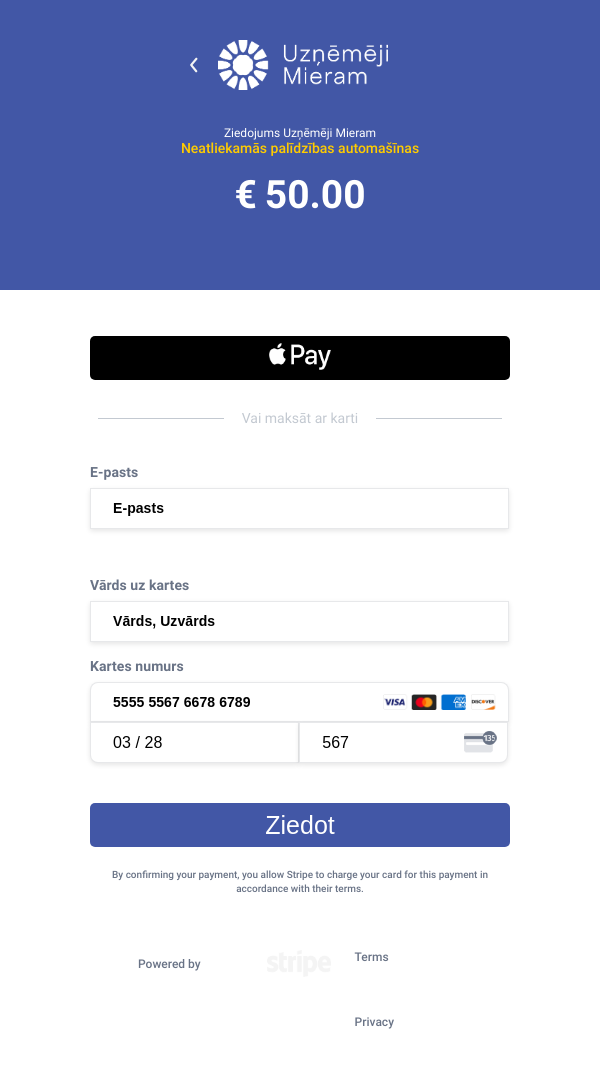
Repository: KatrinaPa/projekts_jul
Page: stripe.html
The author's editor kept a copy of each file at every save. The page is drawn from the files as they stood at one save, then again after the next save.
The browser window is 600 px wide. The pictures show the whole page.

Above is the page before, as saved 2023-08-03 21:54:08.

### stripe.html
<!DOCTYPE html>
<html lang="en">

<head>
    <meta charset="UTF-8">
    <meta http-equiv="X-UA-Compatible" content="IE=edge">
    <meta name="viewport" content="width=device-width, initial-scale=1.0">
    <title>Stripe</title>
    <link rel="preconnect" href="https://fonts.googleapis.com">
    <link rel="preconnect" href="https://fonts.gstatic.com" crossorigin>
    <link href="https://fonts.googleapis.com/css2?family=Poppins:wght@300;400;500;600;700&display=swap"
        rel="stylesheet">
    <link rel="preconnect" href="https://fonts.googleapis.com">
    <link rel="preconnect" href="https://fonts.gstatic.com" crossorigin>
    <link href="https://fonts.googleapis.com/css2?family=Poppins:wght@300;400;500;600&display=swap" rel="stylesheet">
    <link rel="stylesheet" href="./assets/main.css" />
    <link rel="stylesheet" href="./assets/stripe-styles.css" />
    <link rel="stylesheet" href="https://cdnjs.cloudflare.com/ajax/libs/font-awesome/6.2.0/css/all.min.css" />
</head>

<body>

    <main>
        <div class="panel-2">
            <section class="section_left">
                <div class="wrapper_left">
                    <div class="logo-back"><a href="sakums.html">
                            <button class="back-btn">
                                <svg xmlns="http://www.w3.org/2000/svg" width="26" height="26" viewBox="0 0 26 26"
                                    fill="none">
                                    <path
                                        d="M15.2444 20.2912C15.0888 20.2917 14.935 20.2574 14.7944 20.1907C14.6538 20.124 14.53 20.0266 14.4319 19.9058L9.40066 13.6558C9.24745 13.4694 9.1637 13.2356 9.1637 12.9943C9.1637 12.753 9.24745 12.5192 9.40066 12.3328L14.609 6.08285C14.7858 5.87012 15.0399 5.73635 15.3153 5.71095C15.5908 5.68556 15.865 5.77062 16.0777 5.94743C16.2905 6.12424 16.4242 6.37832 16.4496 6.65376C16.475 6.9292 16.39 7.20345 16.2132 7.41618L11.5569 12.9995L16.0569 18.5828C16.1843 18.7357 16.2652 18.9219 16.2901 19.1194C16.315 19.3168 16.2827 19.5173 16.1973 19.697C16.1118 19.8767 15.9766 20.0282 15.8078 20.1335C15.6389 20.2388 15.4434 20.2935 15.2444 20.2912Z"
                                        fill="#F4F4F4" />
                                </svg>
                            </button>
                            <div>
                                <img src="assets/images/UM_logo_white.png" alt="UM_logo_white" id="logo-white">
                            </div>
                        </a></div>
                    <div class="donate-amount">
                        <p>Ziedojums Uzņēmēji Mieram<br>
                            <span>Neatliekamās palīdzības automašīnas</span>
                        </p>
                        <div>
                            <h2>€</h2>
                            <h2>50.00</h2>
                        </div>
                    </div>
                    <div class="terms-privacy">
                        <div>Powered by <img src="assets/images/stripe_wht.png" alt="Stripe" id="stripe_logo"></div>
                        <div class="centred-divid"></div>
                        <div class="terms">Terms</div>
                        <div class="privacy">Privacy</div>
                    </div>
                </div>
            </section>


            <section class="section_right">
                <div class="wrapper_right">
                    <button type="submit" class="button-ApplePay"><img src="assets/images/applePay.png" alt="ApplePay"
                            id="applePay-btn"></button>
                    <div class="pay-card-wrapper">
                        <div class="pay-card-line"></div>
                        <div class="pay-card">
                            <p>Vai maksāt ar karti</p>
                        </div>
                        <div class="pay-card-line"></div>
                    </div>

                    <div class="donor-details">
                        <form action="#">
                            <div class="input-details">
                                <label for="email">E-pasts</label>
                                <input type="email" placeholder="E-pasts" id="email" />
                            </div>
                            <div class="input-details">
                                <label for="name-onCard">Vārds uz kartes</label>
                                <input type="text" placeholder="Vārds, Uzvārds" id="name-onCard" />
                            </div>

                            <div class="input-card-details">
                                <label for="card-nr">Kartes numurs</label>
                                <input type="tel" placeholder="5555 5567 6678 6789" id="card-nr"
                                    class="input-icon-cards" />
                                <div>
                                    <input type="tel" placeholder="03 / 28" id="valid" />
                                    <input type="tel" placeholder="567" id="cvc" class="input-icon-cvc" />
                                </div>
                            </div>

                            <button type="submit" class="button-donate id=" donate-btn">Ziedot</button>
                            <div class="confirm">
                                <p>By confirming your payment, you allow Stripe to charge your card for this payment in
                                    accordance with their terms.</p>
                            </div>
                            <div class="terms-privacy-mob">
                                <div>Powered by <img src="assets/images/stripe_wht.png" alt="Stripe" id="stripe_logo">
                                </div>
                                <div>
                                    <div class="terms">Terms</div>
                                    <div class="privacy">Privacy</div>
                                </div>
                            </div>
                        </form>
                    </div>
                </div>
            </section>

        </div>
    </main>


</body>

</html>

### assets/stripe-styles.css
.panel-2 {
    display: flex;
    flex-direction: row;
    justify-content: center;
}

.section_left {
    display: flex;
    justify-content: center;
    width: 50%;
    height: 62.69rem;
    background-color: #4257A6;
    font-family: Roboto;
    color: #ffffff;
}

.wrapper_left {
    display: flex;
    flex-direction: column;
    align-items: flex-start;
}

.logo-back {
    margin-top: 12rem;
}

.logo-back a {
    display: flex;
    gap: 0.7rem;
}

.back-btn {
    border: 0;
    background: transparent;
    padding: 0;
    cursor: pointer;
}

#logo-white {
    width: 10.625rem;
}

.donate-amount {
    display: flex;
    flex-direction: column;
    padding-left: 3rem;
}

.donate-amount p {
    font-size: 16px;
    font-weight: 400;
    margin: 3rem 3rem 0 0;
}

.donate-amount p span {
    font-size: 18px;
    font-weight: 500;
    color: #FFCC00;
}

.donate-amount div {
    display: flex;
    gap: 0.5rem;
}

.donate-amount h2 {
    font-size: 39px;
    font-weight: 600;
    margin-top: 0.5rem;
}

.terms-privacy {
    font-size: 12px;
    font-weight: 500;
    display: flex;
    gap: 1.5rem;
    margin-top: 17.2rem;
    width: 16rem;
    padding-left: 3rem;
}

.terms-privacy div:first-child {
    display: flex;
    justify-content: space-between;
    align-items: center;
}

.terms-privacy img {
    width: 33%;
}

.centred-divid {
    width: 1px;
    height: 1.25rem;
    background-color: #ffffff;
}

.terms,
.privacy {
    padding-top: 0.2rem;
    cursor: pointer;
}



.section_right {
    width: 50%;
    background-color: #ffffff;
    font-family: Roboto;
}

.wrapper_right {
    padding: 13rem 7.2rem 0 6.6rem;
}

.button-ApplePay {
    margin-top: 1rem;
    width: 100%;
    height: 2.75rem;
    max-width: 26.25rem;
    background-color: #000;
    border-radius: 5px;
    border: none;
    cursor: pointer;
}

.button-ApplePay img {
    width: 15%;
}

.pay-card-wrapper {
    display: flex;
    align-items: center;
    padding: 1rem 0.5rem 1.5rem 0.5rem;
    max-width: 25.2rem;
}

.pay-card {
    width: 100%;
    max-width: 26.25rem;
    margin: 0 1rem;
    display: flex;
    justify-content: center;
    font-size: 14px;
    font-weight: 400;
    color: #C3C9D1;
}

.pay-card-line {
    border-top: 1px solid #C3C9D1;
    width: 90%;
}

.section_right input {
    width: auto;
    max-width: 25.8rem;
    height: 2.3rem;
    border: solid 1px rgba(60, 66, 87, 0.12);
    box-shadow: 0px 2px 5px 0px rgba(0, 0, 0, 0.1);
    font-size: 14px;
    font-weight: 600;
    line-height: 22px;
    letter-spacing: 0.07px;
}

.section_right ::placeholder {
    padding: 0 1.25rem;
    color: #000;
}

.section_right label {
    color: #697386;
    font-size: 14px;
    font-weight: 600;
    letter-spacing: 0.07px;
}

form div:first-child {
    margin-bottom: 3rem;
}

.input-details {
    display: flex;
    flex-direction: column;
    gap: 0.5rem;
    margin-bottom: 1rem;
}

.input-card-details {
    gap: 0;
    display: flex;
    flex-direction: column;
}

.input-card-details label {
    margin-bottom: 0.5rem;
}

.input-card-details div {
    display: flex;
    flex-direction: row;
}

.input-card-details div input {
    width: 50%;
    max-width: 12.7rem;
    font-size: 16px;
    font-weight: 500;
}

.input-details input {
    margin: 0;
}

#card-nr {
    border-radius: 8px 8px 0 0;
}

#valid {
    border-radius: 0 0 0 8px;
}

#cvc {
    border-radius: 0 0 8px 0;
}

.input-icon-cards {
    background-image: url(images/cards.png);
    background-position: right center;
    background-size: 35%;
}

.input-icon-cvc {
    background-image: url(images/cvc.png);
    background-position: right center;
    background-size: 21%;
}

.donor-details input {
    background-repeat: no-repeat;
}

.confirm {
    color: #697386;
    text-align: center;
    font-size: 10px;
    font-weight: 500;
    line-height: 14px;
    padding-top: 0.7rem;
    max-width: 26.25rem;

}

.button-donate {
    margin-top: 2.5rem;
    width: 100%;
    max-width: 26.25rem;
    background-color: #4257A6;
    color: #ffffff;
    font-size: 25px;
    font-weight: 500;
    height: 2.75rem;
    text-decoration: none;
    border-radius: 5px;
    border: none;
    cursor: pointer;
}

.terms-privacy-mob {
    display: none;
}

@media (min-width: 1370px) {
    .wrapper_right {
        padding: 13rem 10.5rem 0 6.6rem;
    }
}

@media (min-width: 1340px) {
    .wrapper_right {
        padding: 13rem 9.5rem 0 6.6rem;
    }
}

@media (min-width: 1300px) {
    .wrapper_right {
        padding: 13rem 8.5rem 0 6.6rem;
    }
}

@media screen and (max-width: 1279px) {

    .donate-amount p {
        font-size: 14px;
    }

    .donate-amount p span {
        font-size: 16px;
    }

    .pay-card-line {
        width: 75%;
    }

    .wrapper_right {
        padding: 13rem 7.5rem 0 5.6rem;
    }
}

@media screen and (max-width: 1120px) {

    .pay-card-line {
        width: 60%;
    }

    .wrapper_right {
        padding: 13rem 6.5rem 0 5rem;
    }
}

@media (max-width: 1020px) {

    .wrapper_right {
        padding: 13rem 5.5rem 0 4.5rem;
    }
}

@media (max-width: 952px) {

    .pay-card-line {
        width: 53%;
    }

    .pay-card {
        margin: 0 0.8rem;
    }

    .wrapper_right {
        padding: 13rem 4.4rem 0 4rem;
    }
}

@media (max-width: 854px) {

    .pay-card-line {
        width: 41%;
    }

    .wrapper_right {
        padding: 13rem 3rem 0 3rem;
    }
}

@media (max-width: 804px) {

    .input-icon-cards {
        background-size: 30%;
    }
}

@media screen and (max-width: 700px) {

    .panel-2 {
        flex-direction: column;
        align-items: center;
    }

    .section_left {
        height: 18.125rem;
        width: 100%;
    }

    .donate-amount p {
        font-size: 12px;
    }

    .donate-amount p span {
        font-size: 14px;
    }

    .logo-back {
        margin-top: 2.5rem;
    }

    .donate-amount {
        padding-left: 0;
    }

    .donate-amount p {
        margin: 2rem 0 0.5rem 0;
        text-align: center;
    }

    .donate-amount div {
        justify-content: center;
    }

    .terms-privacy {
        display: none;
    }


    .section_right {
        height: 50rem;
        width: 100%;
    }

    .wrapper_right {
        padding: 2.875rem 1.5rem 3rem 1.5rem;
        display: flex;
        flex-direction: column;
        align-items: center;
    }

    .button-ApplePay {
        margin-top: 0;
    }

    .pay-card-wrapper {
        width: 100%;
    }

    .pay-card-line {
        width: 100%;
    }

    .terms-privacy-mob {
        font-size: 12px;
        font-weight: 500;
        display: flex;
        gap: 1.5rem;
        margin-top: 3.125rem;
        width: 16rem;
        padding-left: 3rem;
        color: #697386;
    }

    .terms-privacy-mob div:first-child {
        display: flex;
        justify-content: space-between;
        align-items: center;
    }

    .terms-privacy-mob img {
        width: 33%;
    }

}

@media screen and (max-width: 445px) {
    .pay-card-line {
        width: 70%;
    }


}

Loaded but not shown: assets/main.css (1433 lines, source omitted)

After the next save:
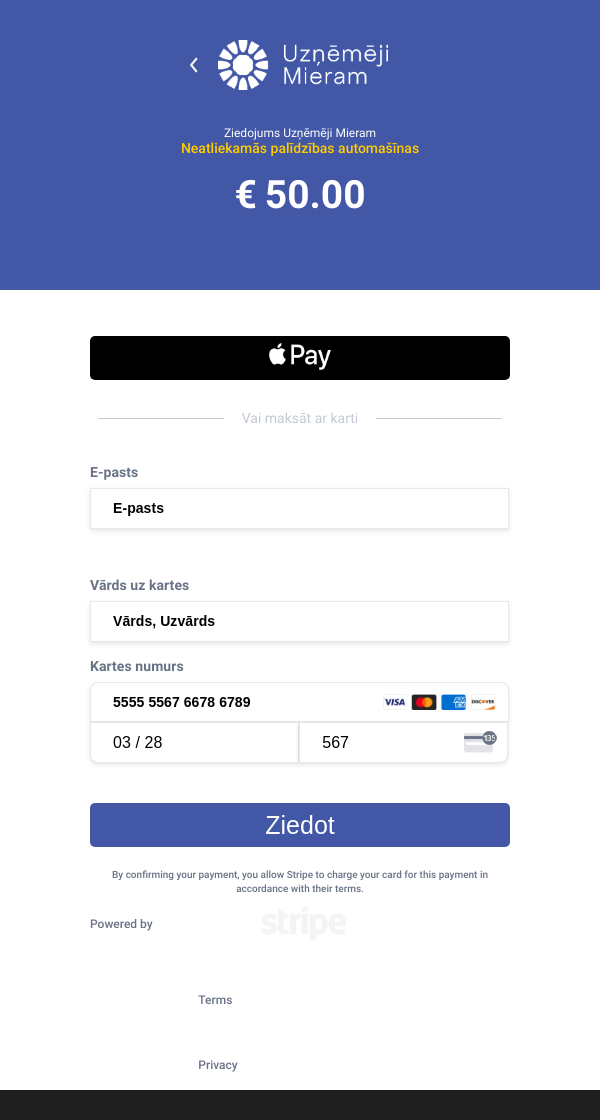
Saved 2 min 14 s later.
--- a/assets/stripe-styles.css
+++ b/assets/stripe-styles.css
@@ -428,10 +428,10 @@
         font-size: 12px;
         font-weight: 500;
         display: flex;
-        gap: 1.5rem;
-        margin-top: 3.125rem;
+        flex-direction: column;
+        align-items: center;
+        gap: 0;
         width: 16rem;
-        padding-left: 3rem;
         color: #697386;
     }
 
